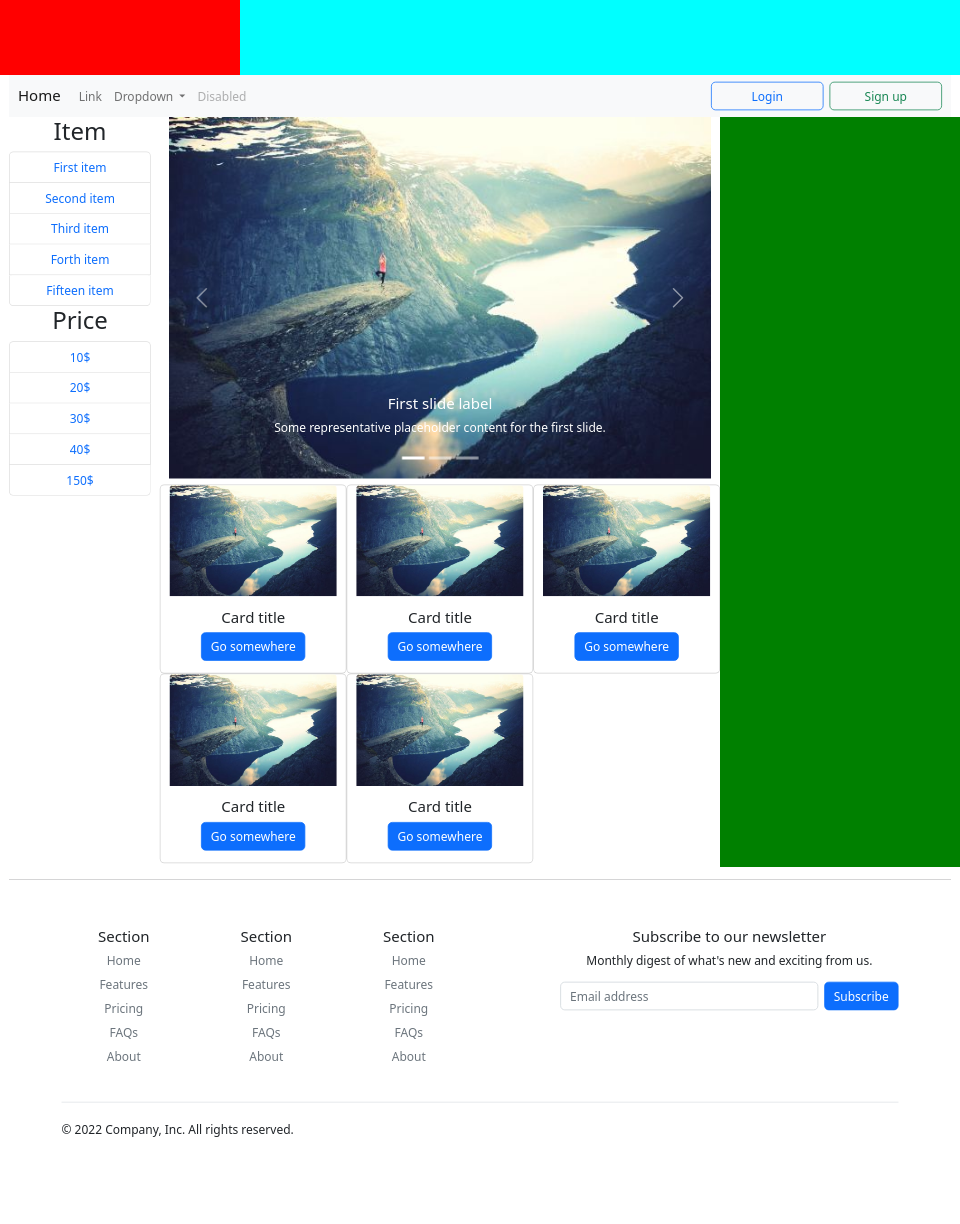
Repository: nguyenhung50497/MD2_bootstrap
Page: BT_giaoDienWeb/index.html
These files come from the project's save history. The page is drawn as it stood at one moment and after the next save; the edit follows.
The browser window is 1280 px wide. The pictures show the whole page, at 75% of full size.

Above is the page before, as saved 2022-11-30 15:55:31.

### BT_giaoDienWeb/index.html
<!DOCTYPE html>
<html lang="en">
<head>
    <meta charset="UTF-8">
    <meta http-equiv="X-UA-Compatible" content="IE=edge">
    <meta name="viewport" content="width=device-width, initial-scale=1.0">
    <link href="https://cdn.jsdelivr.net/npm/bootstrap@5.2.3/dist/css/bootstrap.min.css" rel="stylesheet" integrity="sha384-rbsA2VBKQhggwzxH7pPCaAqO46MgnOM80zW1RWuH61DGLwZJEdK2Kadq2F9CUG65" crossorigin="anonymous">
    <script src="https://cdn.jsdelivr.net/npm/bootstrap@5.2.3/dist/js/bootstrap.bundle.min.js" integrity="sha384-kenU1KFdBIe4zVF0s0G1M5b4hcpxyD9F7jL+jjXkk+Q2h455rYXK/7HAuoJl+0I4" crossorigin="anonymous"></script>
    <title>Document</title>
</head>
<style>
    .logo {
        background-color: red;
        height: 100px;
    }
    .anhBia {
        background-color: aqua;
        height: 100px;
    }
    .right {
        background-color: green;
        height: 1000px;
    }
    a {
        text-decoration: none;
    }
    .contentImg {
        padding: 10px;
        margin-left: -55px;
    }
    .contentImg > div > a > img {
        margin: 10px 10px;
        height: 195px;
    }
</style>
<body>
<center>
    <div class="container-fluid">
    <header class="row">
        <div class="col-lg-3 logo">
            <img src="" alt="">
        </div>
        <div class="col-lg-9 anhBia">
            <img src="" alt="">
        </div>
    </header>
    <nav class="navbar navbar-expand-lg bg-light">
        <div class="container-fluid">
          <a class="navbar-brand" href="#">Home</a>
          <button class="navbar-toggler" type="button" data-bs-toggle="collapse" data-bs-target="#navbarSupportedContent" aria-controls="navbarSupportedContent" aria-expanded="false" aria-label="Toggle navigation">
            <span class="navbar-toggler-icon"></span>
          </button>
          <div class="collapse navbar-collapse" id="navbarSupportedContent">
            <ul class="navbar-nav me-auto mb-2 mb-lg-0">
              <li class="nav-item">
                <a class="nav-link" href="#">Link</a>
              </li>
              <li class="nav-item dropdown">
                <a class="nav-link dropdown-toggle" href="#" role="button" data-bs-toggle="dropdown" aria-expanded="false">
                  Dropdown
                </a>
                <ul class="dropdown-menu">
                  <li><a class="dropdown-item" href="#">Action</a></li>
                  <li><a class="dropdown-item" href="#">Another action</a></li>
                  <li><hr class="dropdown-divider"></li>
                  <li><a class="dropdown-item" href="#">Something else here</a></li>
                </ul>
              </li>
              <li class="nav-item">
                <a class="nav-link disabled">Disabled</a>
              </li>
            </ul>
            <form class="d-flex" role="search">
              <button class="form-control me-2 btn btn-outline-primary" style="width: 150px;">Login</button>
              <button class="btn btn-outline-success" type="submit" style="width: 150px;">Sign up</button>
            </form>
          </div>
        </div>
      </nav>
    <div class="row">
        <aside class="col-lg-2 left">
            <h2>Item</h2>
            <ul class="list-group">
                <li class="list-group-item"><a href="">First item</a></li>
                <li class="list-group-item"><a href="">Second item</a></li>
                <li class="list-group-item"><a href="">Third item</a></li>
                <li class="list-group-item"><a href="">Forth item</a></li>
                <li class="list-group-item"><a href="">Fifteen item</a></li>
            </ul>
            <h2>Price</h2>
            <ul class="list-group">
                <li class="list-group-item"><a href="">10$</a></li>
                <li class="list-group-item"><a href="">20$</a></li>
                <li class="list-group-item"><a href="">30$</a></li>
                <li class="list-group-item"><a href="">40$</a></li>
                <li class="list-group-item"><a href="">150$</a></li>
            </ul>
        </aside>
        <section class="col-lg-7 content">
            <div class="row">
                <div id="carouselExampleCaptions" class="carousel slide col-lg-12" data-bs-ride="false">
                    <div class="carousel-indicators">
                    <button type="button" data-bs-target="#carouselExampleCaptions" data-bs-slide-to="0" class="active" aria-current="true" aria-label="Slide 1"></button>
                    <button type="button" data-bs-target="#carouselExampleCaptions" data-bs-slide-to="1" aria-label="Slide 2"></button>
                    <button type="button" data-bs-target="#carouselExampleCaptions" data-bs-slide-to="2" aria-label="Slide 3"></button>
                    </div>
                    <div class="carousel-inner">
                    <div class="carousel-item active">
                        <img src="anh1.jpg" class="d-block w-100" alt="Anh 1">
                        <div class="carousel-caption d-none d-md-block">
                        <h5>First slide label</h5>
                        <p>Some representative placeholder content for the first slide.</p>
                        </div>
                    </div>
                    <div class="carousel-item">
                        <img src="anh2.jpg" class="d-block w-100" alt="Anh 2">
                        <div class="carousel-caption d-none d-md-block">
                        <h5>Second slide label</h5>
                        <p>Some representative placeholder content for the second slide.</p>
                        </div>
                    </div>
                    <div class="carousel-item">
                        <img src="anh3.jpg" class="d-block w-100" alt="Anh 3">
                        <div class="carousel-caption d-none d-md-block">
                        <h5>Third slide label</h5>
                        <p>Some representative placeholder content for the third slide.</p>
                        </div>
                    </div>
                    </div>
                    <button class="carousel-control-prev" type="button" data-bs-target="#carouselExampleCaptions" data-bs-slide="prev">
                    <span class="carousel-control-prev-icon" aria-hidden="true"></span>
                    <span class="visually-hidden">Previous</span>
                    </button>
                    <button class="carousel-control-next" type="button" data-bs-target="#carouselExampleCaptions" data-bs-slide="next">
                    <span class="carousel-control-next-icon" aria-hidden="true"></span>
                    <span class="visually-hidden">Next</span>
                    </button>
                </div>
            </div>
            <div class="row mt-2">
                <div class="card col-lg-4">
                    <img src="anh1.jpg" class="card-img-top" alt="...">
                    <div class="card-body">
                    <h5 class="card-title">Card title</h5>
                    <a href="#" class="btn btn-primary">Go somewhere</a>
                    </div>
                </div>
                <div class="card col-lg-4">
                    <img src="anh1.jpg" class="card-img-top" alt="...">
                    <div class="card-body">
                    <h5 class="card-title">Card title</h5>
                    <a href="#" class="btn btn-primary">Go somewhere</a>
                    </div>
                </div>
                <div class="card col-lg-4">
                    <img src="anh1.jpg" class="card-img-top" alt="...">
                    <div class="card-body">
                    <h5 class="card-title">Card title</h5>
                    <a href="#" class="btn btn-primary">Go somewhere</a>
                    </div>
                </div>
                <div class="card col-lg-4">
                    <img src="anh1.jpg" class="card-img-top" alt="...">
                    <div class="card-body">
                    <h5 class="card-title">Card title</h5>
                    <a href="#" class="btn btn-primary">Go somewhere</a>
                    </div>
                </div>
                <div class="card col-lg-4">
                    <img src="anh1.jpg" class="card-img-top" alt="...">
                    <div class="card-body">
                    <h5 class="card-title">Card title</h5>
                    <a href="#" class="btn btn-primary">Go somewhere</a>
                    </div>
                </div>
            </div>
        </section>
        <aside class="col-lg-3 right"></aside>
    </div>
    <hr>
    <div class="container">
        <footer class="py-5">
          <div class="row">
            <div class="col-6 col-md-2 mb-3">
              <h5>Section</h5>
              <ul class="nav flex-column">
                <li class="nav-item mb-2"><a href="#" class="nav-link p-0 text-muted">Home</a></li>
                <li class="nav-item mb-2"><a href="#" class="nav-link p-0 text-muted">Features</a></li>
                <li class="nav-item mb-2"><a href="#" class="nav-link p-0 text-muted">Pricing</a></li>
                <li class="nav-item mb-2"><a href="#" class="nav-link p-0 text-muted">FAQs</a></li>
                <li class="nav-item mb-2"><a href="#" class="nav-link p-0 text-muted">About</a></li>
              </ul>
            </div>

            <div class="col-6 col-md-2 mb-3">
              <h5>Section</h5>
              <ul class="nav flex-column">
                <li class="nav-item mb-2"><a href="#" class="nav-link p-0 text-muted">Home</a></li>
                <li class="nav-item mb-2"><a href="#" class="nav-link p-0 text-muted">Features</a></li>
                <li class="nav-item mb-2"><a href="#" class="nav-link p-0 text-muted">Pricing</a></li>
                <li class="nav-item mb-2"><a href="#" class="nav-link p-0 text-muted">FAQs</a></li>
                <li class="nav-item mb-2"><a href="#" class="nav-link p-0 text-muted">About</a></li>
              </ul>
            </div>

            <div class="col-6 col-md-2 mb-3">
              <h5>Section</h5>
              <ul class="nav flex-column">
                <li class="nav-item mb-2"><a href="#" class="nav-link p-0 text-muted">Home</a></li>
                <li class="nav-item mb-2"><a href="#" class="nav-link p-0 text-muted">Features</a></li>
                <li class="nav-item mb-2"><a href="#" class="nav-link p-0 text-muted">Pricing</a></li>
                <li class="nav-item mb-2"><a href="#" class="nav-link p-0 text-muted">FAQs</a></li>
                <li class="nav-item mb-2"><a href="#" class="nav-link p-0 text-muted">About</a></li>
              </ul>
            </div>

            <div class="col-md-5 offset-md-1 mb-3">
              <form>
                <h5>Subscribe to our newsletter</h5>
                <p>Monthly digest of what's new and exciting from us.</p>
                <div class="d-flex flex-column flex-sm-row w-100 gap-2">
                  <label for="newsletter1" class="visually-hidden">Email address</label>
                  <input id="newsletter1" type="text" class="form-control" placeholder="Email address">
                  <button class="btn btn-primary" type="button">Subscribe</button>
                </div>
              </form>
            </div>
          </div>

          <div class="d-flex flex-column flex-sm-row justify-content-between py-4 my-4 border-top">
            <p>&copy; 2022 Company, Inc. All rights reserved.</p>
            <ul class="list-unstyled d-flex">
              <li class="ms-3"><a class="link-dark" href="#"><svg class="bi" width="24" height="24"><use xlink:href="#twitter"/></svg></a></li>
              <li class="ms-3"><a class="link-dark" href="#"><svg class="bi" width="24" height="24"><use xlink:href="#instagram"/></svg></a></li>
              <li class="ms-3"><a class="link-dark" href="#"><svg class="bi" width="24" height="24"><use xlink:href="#facebook"/></svg></a></li>
            </ul>
          </div>
        </footer>
      </div>
    </div>
</center>
</body>
</html>

After the next save:
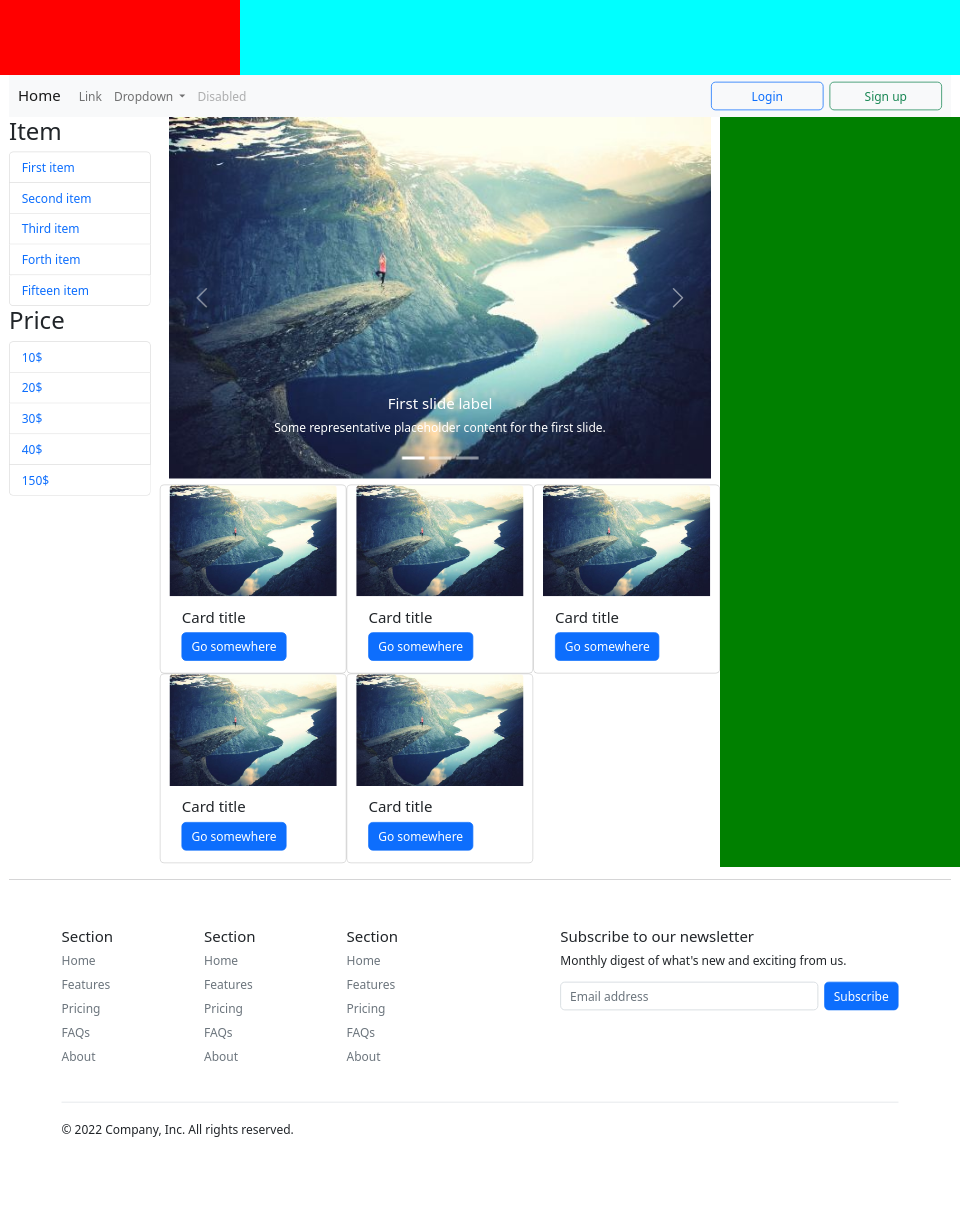
Saved 19 s later.
--- a/BT_giaoDienWeb/index.html
+++ b/BT_giaoDienWeb/index.html
@@ -34,7 +34,7 @@
     }
 </style>
 <body>
-<center>
+
     <div class="container-fluid">
     <header class="row">
         <div class="col-lg-3 logo">
